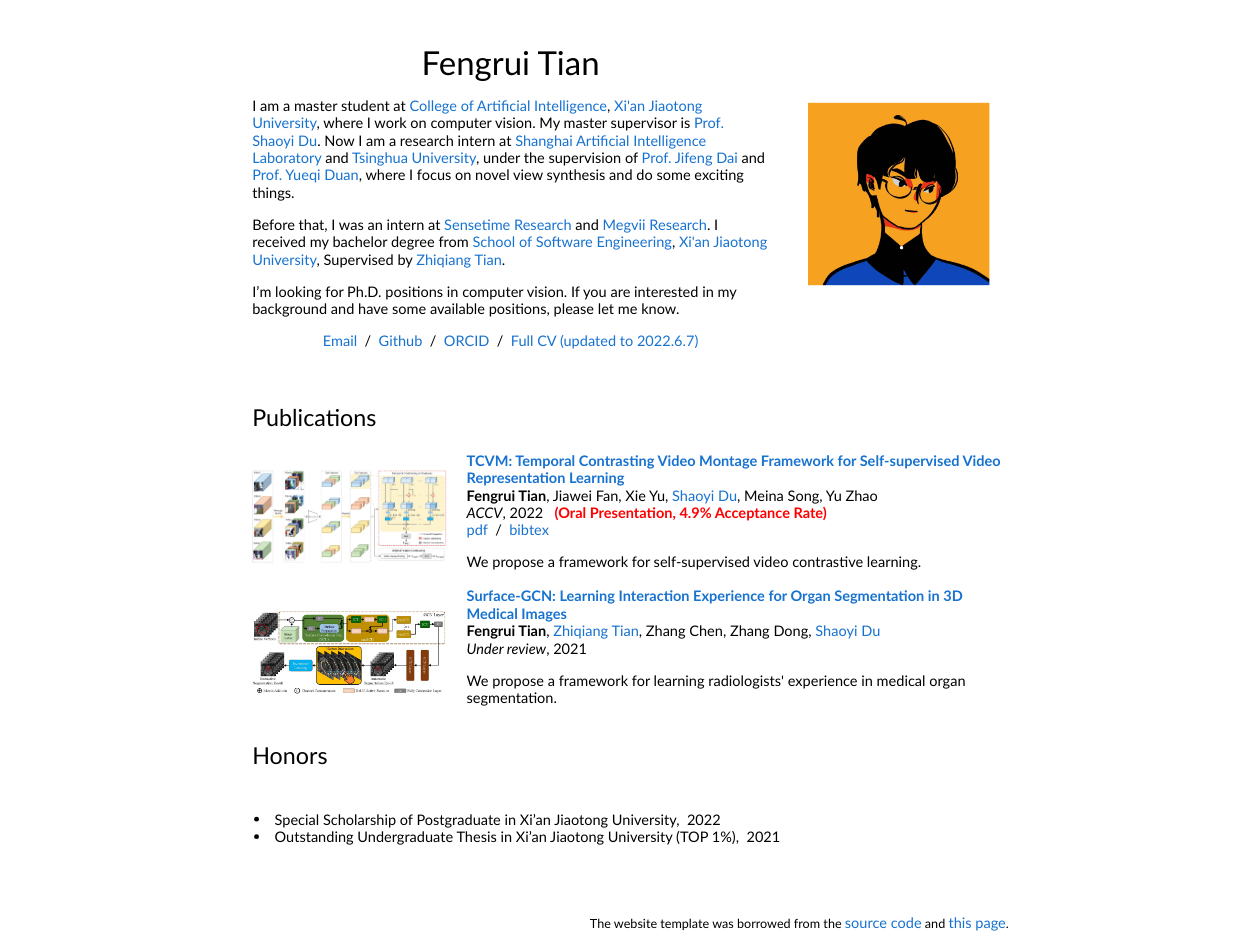
Repository: tianfr/tianfr.github.io
Page: index.html
An editor plug-in stored every save of this project. The page is shown before and after the next save, followed by the edit.
The browser window is 1280 px wide. The pictures show the whole page, at 97% of full size.

Above is the page before, as saved 2022-11-20 16:28:11.

After the next save:
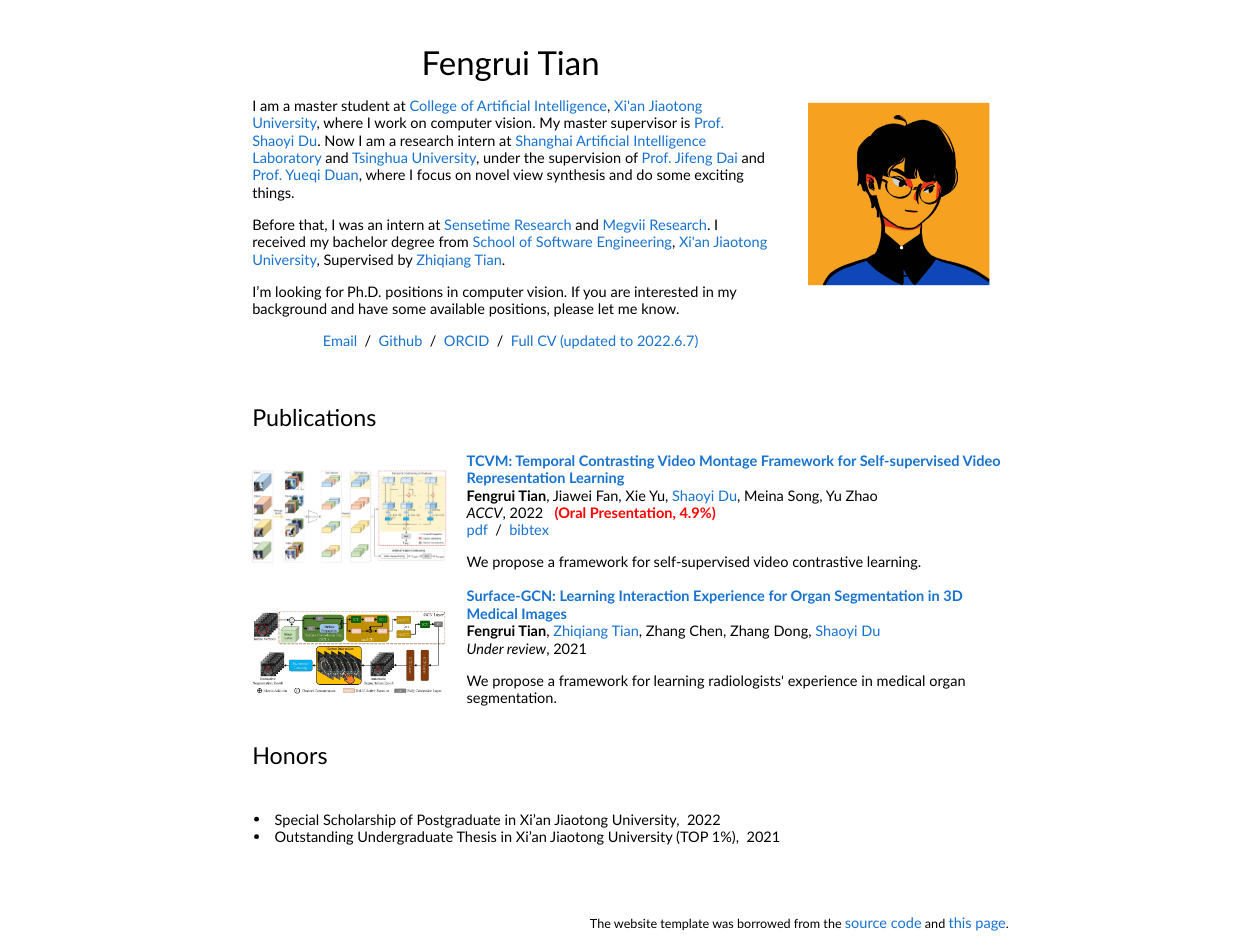
Saved 15 s later.
--- a/index.html
+++ b/index.html
@@ -102,7 +102,7 @@
               Meina Song,
               Yu Zhao
               <br>
-              <em>ACCV</em>, 2022 &nbsp <font color="red"><strong>(Oral Presentation, 4.9% Acceptance Rate)</strong></font>
+              <em>ACCV</em>, 2022 &nbsp <font color="red"><strong>(Oral Presentation, 4.9%)</strong></font>
               <br>
               <a href="paper/22accv_tcvm.pdf">pdf</a>  &nbsp/&nbsp
               <a href="data/accv22TCVM.bib">bibtex</a>
